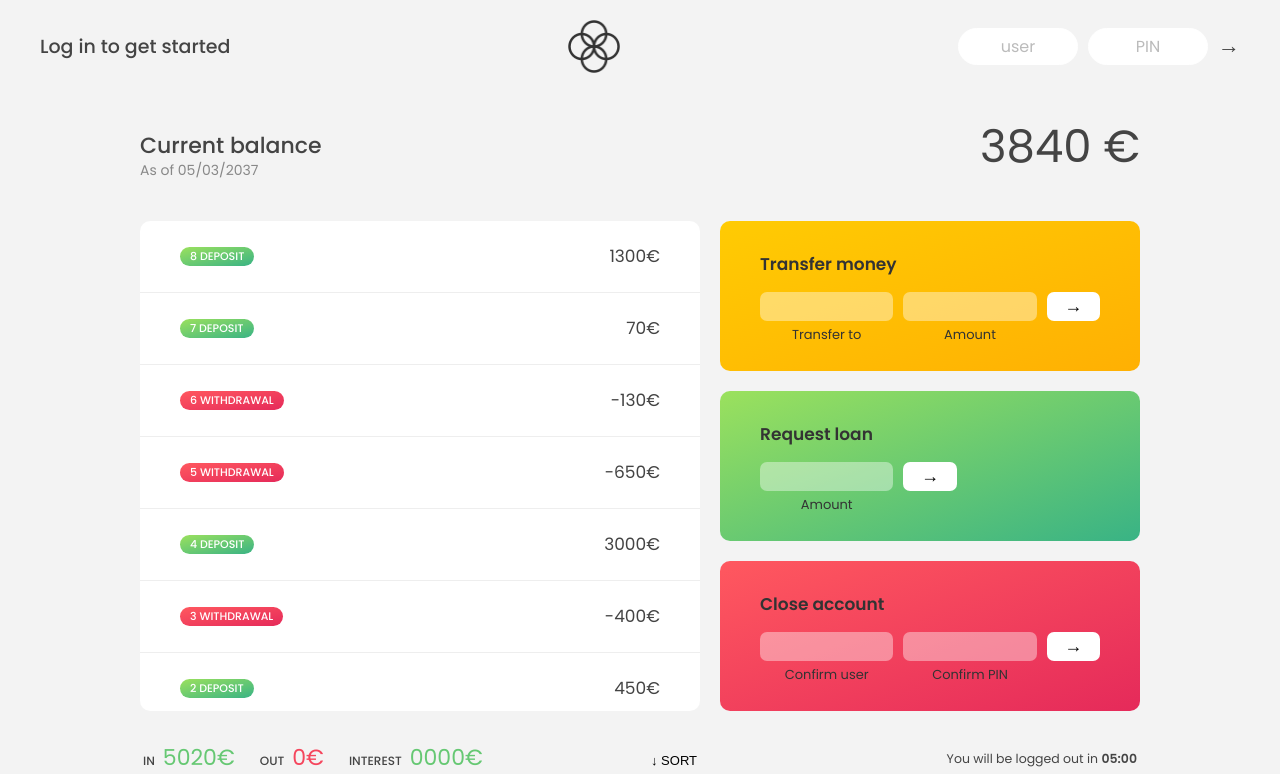
Repository: otvertka/jsc_11
Page: index.html
The author's editor kept a copy of each file at every save. The page is drawn from the files as they stood at one save, then again after the next save.
The browser window is 1280 px wide. The pictures show the whole page.
An inner scrolling area shows only its first screen.

Above is the page before, as saved 2023-02-03 14:31:27.

After the next save:
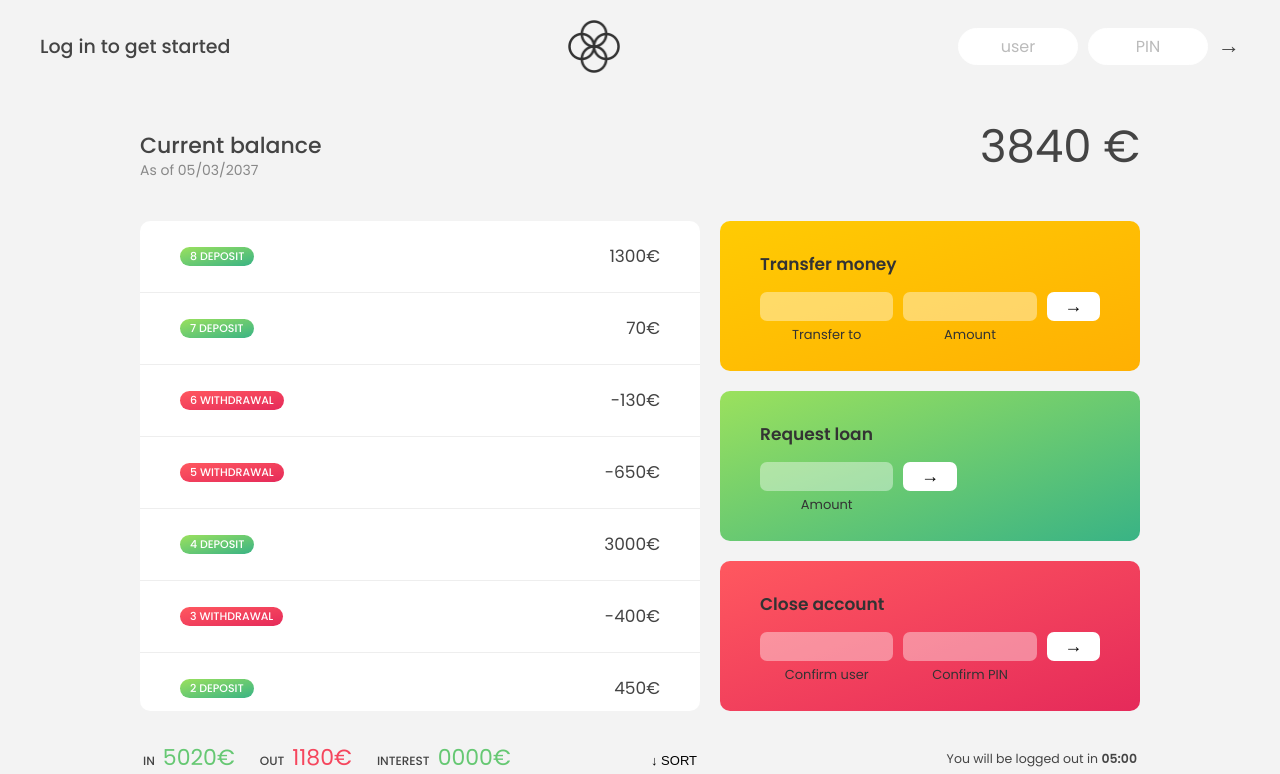
Saved 16 s later.
--- a/script.js
+++ b/script.js
@@ -221,8 +221,8 @@ const calcDisplaySummary = function (movements) {
     .filter(mov => mov < 0)
     .reduce((acc, mov, i, arr) => {
       console.log(arr);
-      return acc + Math.abs(mov), 0;
-    });
+      return acc + Math.abs(mov);
+    }, 0);
   labelSumOut.textContent = `${out}€`;
 };
 calcDisplaySummary(account1.movements);
